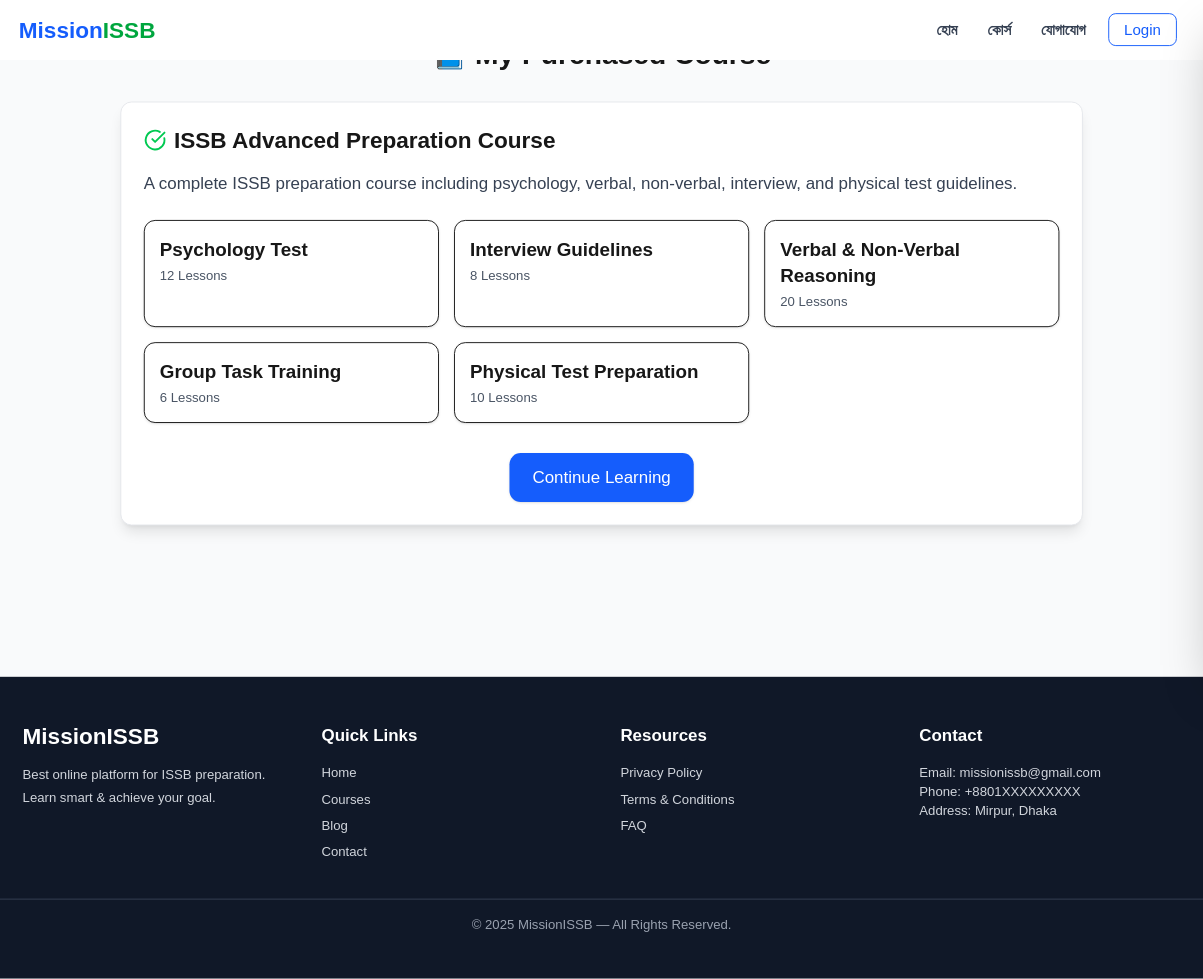
Repository: mdmuhibullahhabib/missionissb
Page: /mycourse
An editor plug-in stored every save of this project. The page is shown before and after the next save, followed by the edit.
The browser window is 1280 px wide. The pictures show the whole page, at 94% of full size.
The page's requests for data from a server got no answer. The project was rebuilt for these pictures with package versions that can differ from the ones it lists, and the page was loaded fresh each time. The framework's server and built-in components were replaced by stand-ins that run in the browser. No one was signed in, and anything a server would have sent is missing. Also part of the build but not shown: next.config.mjs.

Above is the page before, as saved 2025-12-09 22:42:14.

After the next save:
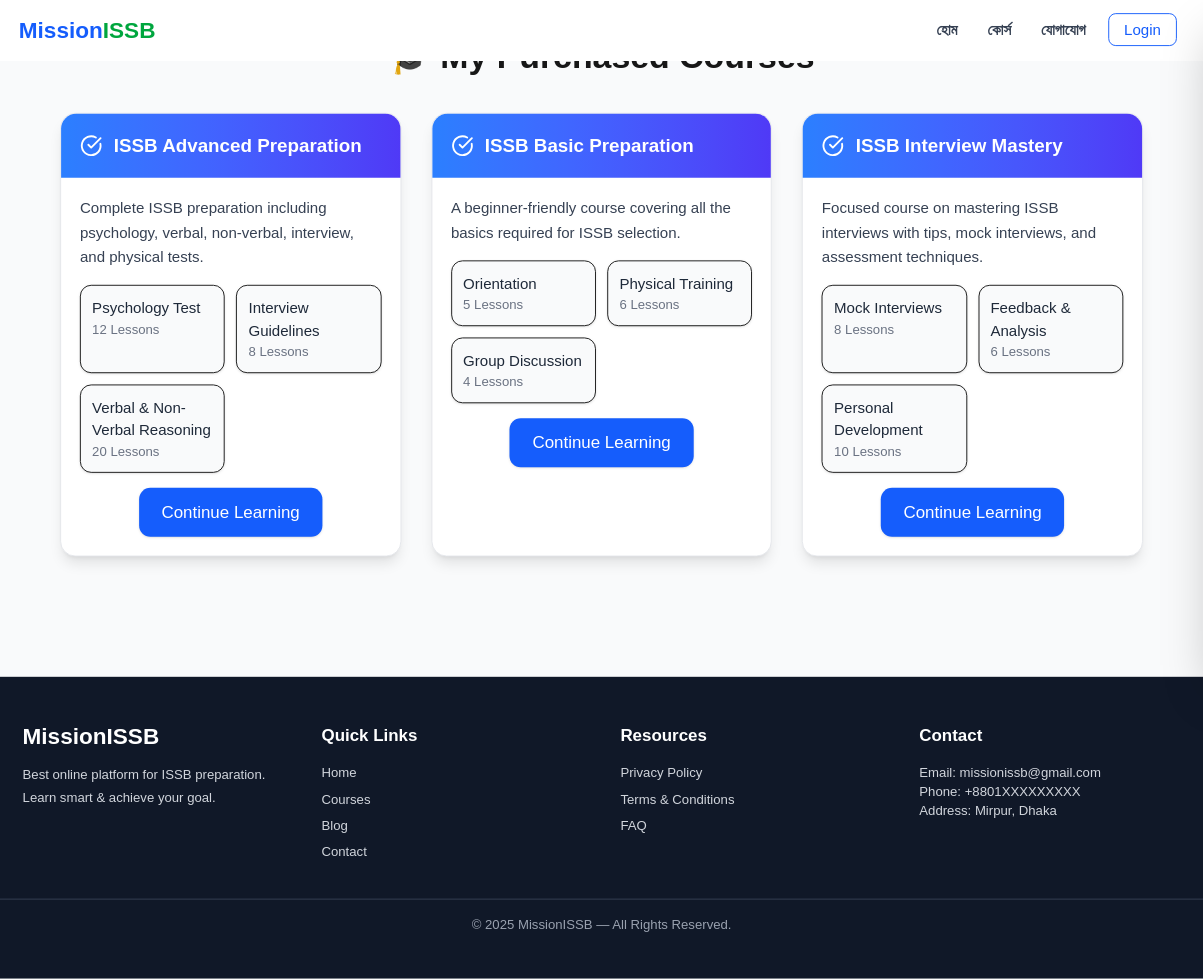
Saved 14 min 39 s later.
--- a/app/mycourse/page.jsx
+++ b/app/mycourse/page.jsx
@@ -3,64 +3,92 @@ import React from "react";
 import Link from "next/link";
 import { CheckCircle } from "lucide-react";
 
-// Fake Data Example (Replace with API data later)
-const fakeCourse = {
-  id: "issb-101",
-  title: "ISSB Advanced Preparation Course",
-  description:
-    "A complete ISSB preparation course including psychology, verbal, non-verbal, interview, and physical test guidelines.",
-  modules: [
-    { id: "m1", title: "Psychology Test", lessons: 12 },
-    { id: "m2", title: "Interview Guidelines", lessons: 8 },
-    { id: "m3", title: "Verbal & Non-Verbal Reasoning", lessons: 20 },
-    { id: "m4", title: "Group Task Training", lessons: 6 },
-    { id: "m5", title: "Physical Test Preparation", lessons: 10 }
-  ]
-};
+// Fake Courses Data
+const fakeCourses = [
+  {
+    id: "issb-101",
+    title: "ISSB Advanced Preparation",
+    description:
+      "Complete ISSB preparation including psychology, verbal, non-verbal, interview, and physical tests.",
+    modules: [
+      { id: "m1", title: "Psychology Test", lessons: 12 },
+      { id: "m2", title: "Interview Guidelines", lessons: 8 },
+      { id: "m3", title: "Verbal & Non-Verbal Reasoning", lessons: 20 }
+    ]
+  },
+  {
+    id: "issb-102",
+    title: "ISSB Basic Preparation",
+    description:
+      "A beginner-friendly course covering all the basics required for ISSB selection.",
+    modules: [
+      { id: "m1", title: "Orientation", lessons: 5 },
+      { id: "m2", title: "Physical Training", lessons: 6 },
+      { id: "m3", title: "Group Discussion", lessons: 4 }
+    ]
+  },
+  {
+    id: "issb-103",
+    title: "ISSB Interview Mastery",
+    description:
+      "Focused course on mastering ISSB interviews with tips, mock interviews, and assessment techniques.",
+    modules: [
+      { id: "m1", title: "Mock Interviews", lessons: 8 },
+      { id: "m2", title: "Feedback & Analysis", lessons: 6 },
+      { id: "m3", title: "Personal Development", lessons: 10 }
+    ]
+  }
+];
 
-export default function CoursePage() {
-  const course = fakeCourse;
-
+export default function CoursesPage() {
   return (
-    <div className="min-h-screen bg-gray-50 py-10 px-4">
-      <div className="max-w-5xl mx-auto">
-        <h1 className="text-3xl font-bold text-center mb-8">
-          📘 My Purchased Course
+    <div className="min-h-screen bg-gray-50 py-10 pt-10 px-4">
+      <div className="max-w-6xl mx-auto">
+        <h1 className="text-4xl font-bold text-center mb-10">
+          🎓 My Purchased Courses
         </h1>
 
-        {/* Card Wrapper */}
-        <div className="bg-white shadow-lg border border-gray-200 rounded-xl p-6">
-          {/* Header */}
-          <div className="flex items-center gap-2 mb-4">
-            <CheckCircle className="text-green-500" />
-            <h2 className="text-2xl font-semibold">{course.title}</h2>
-          </div>
+        <div className="grid lg:grid-cols-3 md:grid-cols-2 grid-cols-1 gap-8">
+          {fakeCourses.map((course) => (
+            <div
+              key={course.id}
+              className="bg-white rounded-2xl shadow-lg border border-gray-200 hover:scale-105 transform transition-all duration-300"
+            >
+              {/* Card Header */}
+              <div className="bg-gradient-to-r from-blue-500 to-indigo-600 rounded-t-2xl p-5 flex items-center gap-3">
+                <CheckCircle className="text-white w-6 h-6" />
+                <h2 className="text-white font-semibold text-xl">{course.title}</h2>
+              </div>
 
-          {/* Description */}
-          <p className="text-gray-700 text-lg leading-relaxed mb-6">
-            {course.description}
-          </p>
+              {/* Description */}
+              <div className="p-5 space-y-4">
+                <p className="text-gray-700 text-base leading-relaxed">
+                  {course.description}
+                </p>
 
-          {/* Modules */}
-          <div className="grid md:grid-cols-3 sm:grid-cols-2 grid-cols-1 gap-4">
-            {course.modules.map((module, index) => (
-              <Link
-                href={`/courses/${course.id}/module/${module.id}`}
-                key={index}
-                className="border p-4 rounded-xl bg-white shadow hover:shadow-md transition-all"
-              >
-                <h3 className="font-semibold text-xl mb-1">{module.title}</h3>
-                <p className="text-gray-600 text-sm">{module.lessons} Lessons</p>
-              </Link>
-            ))}
-          </div>
+                {/* Modules */}
+                <div className="grid sm:grid-cols-2 gap-3">
+                  {course.modules.map((module) => (
+                    <Link
+                      href={`/courses/${course.id}/module/${module.id}`}
+                      key={module.id}
+                      className="border p-3 rounded-xl bg-gray-50 hover:bg-gray-100 shadow-sm transition"
+                    >
+                      <h3 className="font-medium text-gray-800">{module.title}</h3>
+                      <p className="text-gray-500 text-sm">{module.lessons} Lessons</p>
+                    </Link>
+                  ))}
+                </div>
 
-          {/* Continue Button */}
-          <div className="mt-8 text-center">
-            <button className="px-6 py-3 bg-blue-600 text-white rounded-xl text-lg shadow hover:bg-blue-700 transition">
-              Continue Learning
-            </button>
-          </div>
+                {/* Continue Button */}
+                <div className="mt-4 text-center">
+                  <button className="px-6 py-3 bg-blue-600 text-white rounded-xl text-lg shadow hover:bg-blue-700 transition">
+                    Continue Learning
+                  </button>
+                </div>
+              </div>
+            </div>
+          ))}
         </div>
       </div>
     </div>
